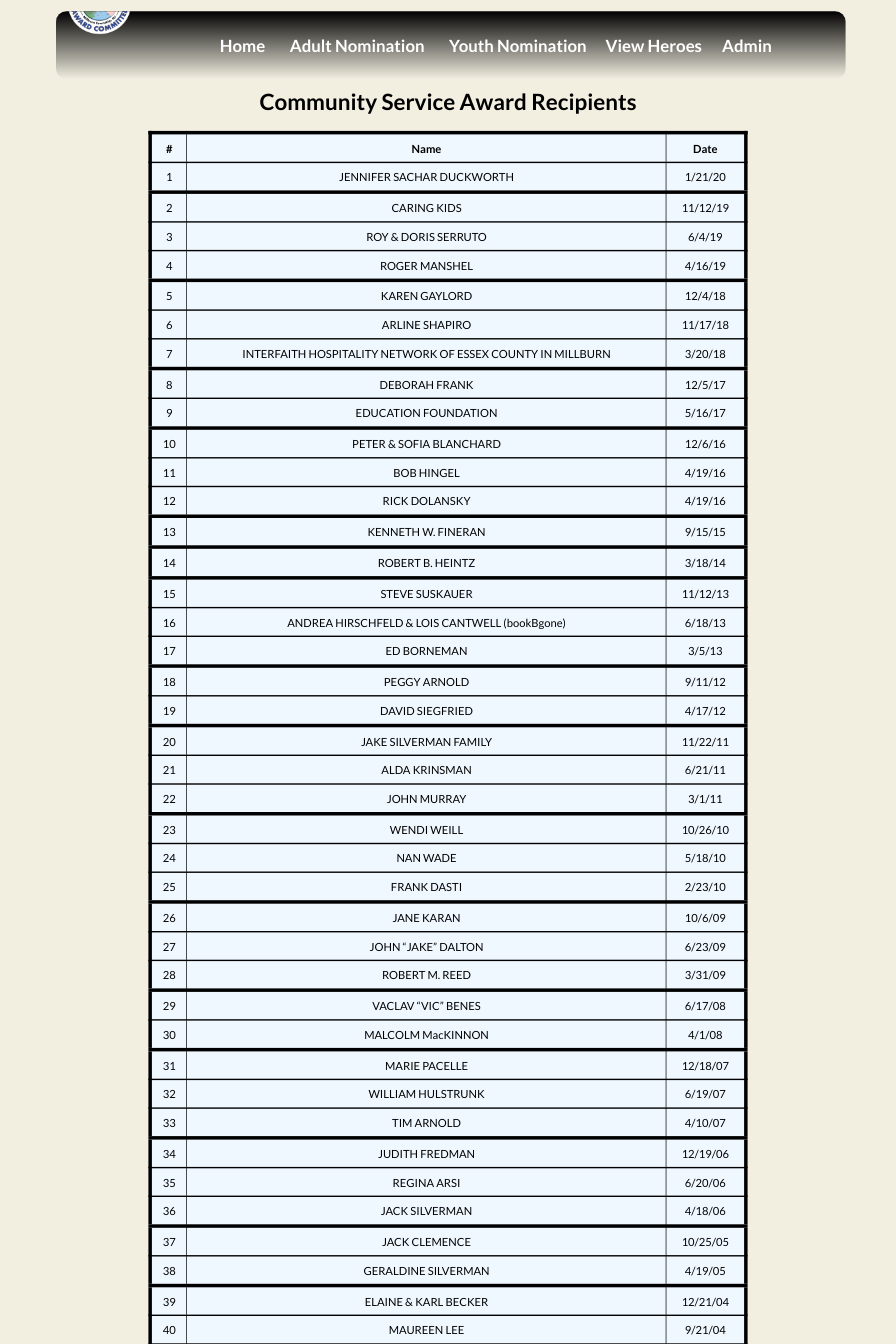
Repository: Centrattic/Young-Heroes-Website
Page: http://localhost/Frontend/before2020.php
These files come from the project's save history. The page is drawn as it stood at one moment and after the next save; the edit follows.
The browser window is 1280 px wide. The pictures show the part of the page from y = 0 to 1920 px (the page is 3810 px tall), at 70% of full size.
The page is run by PHP 8.4 with error messages shown; the project is at /var/www/html/.

Above is the page before, as saved 2020-12-21 14:20:50.

### Eagle Project/Frontend/before2020.php
<?php
require '../Backend/functions.php';
require '../Backend/dbhconnect.php';
?>

<html>
  <head>
    <link href="https://fonts.googleapis.com/css2?family=Lato:ital,wght@0,400;0,700;1,300;1,400&display=swap" rel="stylesheet">
    <link href="../CSS/home.css" rel="stylesheet" type="text/css" />

    <link rel = "stylesheet" href = "../CSS/navbar.css">
  </head>

  <body>

    <?php
        navbar();
    ?>

    <h1> Community Service Award Recipients</h1> <!-- Most recent first!!! -->
    <br>

    <style>
        #before2020-table {
            margin: 0 auto;
            border: 5px solid black;
            border-radius: 0px;
            background-color: aliceblue;
            width: 75%;
        }

        th,td {
            padding: 10px;
        }

        /*td:nth-child(1) {
            border-right: 2px solid black;
            border-radius: 0px;
            padding-bottom: 0px;
            margin-bottom: 0px;
        }*/

        tr {
            border: 2px solid black;
        }

        .last-of-year {
            border-bottom: 5px solid black;
        }

    </style>

    <table id = "before2020-table" rules = "all">
        <tr>
            <th> # </th>
            <th> Name </th>
            <th> Date </th>
        </tr>
        <!-- Most to least recent-->


        <tr class = "last-of-year">
            <td> 1 </td>
            <td> JENNIFER SACHAR DUCKWORTH </td>
            <td> 1/21/20 </td>
        </tr>

		<tr>
            <td> 2 </td>
            <td> CARING KIDS </td>
            <td> 11/12/19 </td>
        </tr>

		<tr>
            <td> 3 </td>
            <td> ROY & DORIS SERRUTO </td>
            <td> 6/4/19 </td>
        </tr>

		<tr class = "last-of-year">
            <td> 4 </td>
            <td> ROGER MANSHEL</td>
            <td> 4/16/19 </td>
        </tr>

		<tr>
            <td> 5 </td>
            <td> KAREN GAYLORD </td>
            <td> 12/4/18 </td>
        </tr>

		<tr>
            <td> 6 </td>
            <td> ARLINE SHAPIRO</td>
            <td> 11/17/18 </td>
        </tr>

		<tr class = "last-of-year">
            <td> 7 </td>
            <td> INTERFAITH HOSPITALITY NETWORK OF ESSEX COUNTY IN MILLBURN </td>
            <td> 3/20/18 </td>
        </tr>

		<tr>
            <td> 8 </td>
            <td> DEBORAH FRANK </td>
            <td> 12/5/17 </td>
        </tr>

		<tr class = "last-of-year">
            <td> 9 </td>
            <td> EDUCATION FOUNDATION </td>
            <td> 5/16/17 </td>
        </tr>
		<tr>
            <td> 10 </td>
            <td> PETER & SOFIA BLANCHARD </td>
            <td> 12/6/16 </td>
        </tr>

		<tr>
            <td> 11 </td>
            <td> BOB HINGEL </td>
            <td> 4/19/16 </td>
        </tr>

		<tr class = "last-of-year">
            <td> 12 </td>
            <td> RICK DOLANSKY </td>
            <td> 4/19/16 </td>
        </tr>

		<tr class = "last-of-year">
            <td> 13 </td>
            <td> KENNETH W. FINERAN </td>
            <td> 9/15/15 </td>
        </tr>

		<tr class = "last-of-year">
            <td> 14 </td>
            <td> ROBERT B. HEINTZ </td>
            <td> 3/18/14 </td>
        </tr>

		<tr>
            <td> 15 </td>
            <td> STEVE SUSKAUER </td>
            <td> 11/12/13 </td>
        </tr>

		<tr>
            <td> 16 </td>
            <td> ANDREA HIRSCHFELD & LOIS CANTWELL (bookBgone) </td>
            <td> 6/18/13 </td>
        </tr>

		<tr class = "last-of-year">
            <td> 17 </td>
            <td> ED BORNEMAN </td>
            <td> 3/5/13 </td>
        </tr>

		<tr>
            <td> 18 </td>
            <td> PEGGY ARNOLD </td>
            <td> 9/11/12 </td>
        </tr>

		<tr class = "last-of-year">
            <td> 19 </td>
            <td> DAVID SIEGFRIED </td>
            <td> 4/17/12 </td>
        </tr>

		<tr>
            <td> 20 </td>
            <td> JAKE SILVERMAN FAMILY </td>
            <td> 11/22/11 </td>
        </tr>

		<tr>
            <td> 21 </td>
            <td> ALDA KRINSMAN </td>
            <td> 6/21/11 </td>
        </tr>

		<tr class = "last-of-year">
            <td> 22 </td>
            <td> JOHN MURRAY </td>
            <td> 3/1/11 </td>
        </tr>

		<tr>
            <td> 23 </td>
            <td> WENDI WEILL </td>
            <td> 10/26/10 </td>
        </tr>

		<tr>
            <td> 24 </td>
            <td> NAN WADE </td>
            <td> 5/18/10 </td>
        </tr>

        <tr class = "last-of-year">
            <td> 25 </td>
            <td> FRANK DASTI </td>
            <td> 2/23/10 </td>
        </tr>

        <tr>
            <td> 26 </td>
            <td> JANE KARAN </td>
            <td> 10/6/09 </td>
        </tr>

        <tr>
            <td> 27 </td>
            <td> JOHN “JAKE” DALTON </td>
            <td> 6/23/09 </td>
        </tr>

        <tr class = "last-of-year">
            <td> 28 </td>
            <td> ROBERT M. REED </td>
            <td> 3/31/09 </td>
        </tr>

        <tr>
            <td> 29 </td>
            <td> VACLAV “VIC” BENES </td>
            <td> 6/17/08 </td>
        </tr>

		<tr class = "last-of-year">
            <td> 30 </td>
            <td> MALCOLM MacKINNON </td>
            <td> 4/1/08 </td>
        </tr>

		<tr>
            <td> 31 </td>
            <td> MARIE PACELLE </td>
            <td> 12/18/07 </td>
        </tr>

		<tr>
            <td> 32 </td>
            <td> WILLIAM HULSTRUNK </td>
            <td> 6/19/07 </td>
        </tr>

		<tr class = "last-of-year">
            <td> 33 </td>
            <td> TIM ARNOLD </td>
            <td> 4/10/07 </td>
        </tr>

		<tr>
            <td> 34 </td>
            <td> JUDITH FREDMAN </td>
            <td> 12/19/06 </td>
        </tr>

		<tr>
            <td> 35 </td>
            <td> REGINA ARSI </td>
            <td> 6/20/06 </td>
        </tr>

		<tr class = "last-of-year">
            <td> 36 </td>
            <td> JACK SILVERMAN </td>
            <td> 4/18/06 </td>
        </tr>

        <tr>
            <td> 37 </td>
            <td> JACK CLEMENCE </td>
            <td> 10/25/05 </td>
        </tr>

        <tr class = "last-of-year">
            <td> 38 </td>
            <td> GERALDINE SILVERMAN </td>
            <td> 4/19/05 </td>
        </tr>

        <tr>
            <td> 39 </td>
            <td> ELAINE & KARL BECKER </td>
            <td> 12/21/04 </td>
        </tr>

		<tr>
            <td> 40 </td>
            <td> MAUREEN LEE </td>
            <td> 9/21/04 </td>
        </tr>

		<tr>
            <td> 41 </td>
            <td> ANNE V. SMITH </td>
            <td> 6/15/04 </td>
        </tr>

		<tr class = "last-of-year">
            <td> 42 </td>
            <td> W. OWEN LAMPE </td>
            <td> 4/8/04 </td>
        </tr>

		<tr>
            <td> 43 </td>
            <td> EVA GOTTSCHO </td>
            <td> 12/2/03 </td>
        </tr>

		<tr class = "last-of-year">
            <td> 44 </td>
            <td> WILLIAM E. JUDES </td>
            <td> 6/10/03 </td>
        </tr>

		<tr>
            <td> 45 </td>
            <td> DELIA WALBRIDGE </td>
            <td> 12/3/02 </td>
        </tr>

		<tr>
            <td> 46 </td>
            <td> SHARON & AVI BRENDER </td>
            <td> 9/10/02 </td>
        </tr>

		<tr class = "last-of-year">
            <td> 47 </td>
            <td> ANGELO Del ROSSI </td>
            <td> 6/11/02 </td>
        </tr>

		<tr>
            <td> 48 </td>
            <td> LOUISE GILI </td>
            <td> 11/20/01 </td>
        </tr>

		<tr>
            <td> 49 </td>
            <td> THOMAS J. EAKLEY </td>
            <td> 8/21/01 </td>
        </tr>

		<tr class = "last-of-year">
            <td> 50 </td>
            <td> SHERMAN T. BREWER, JR. </td>
            <td> 3/20/01 </td>
        </tr>

		<tr>
            <td> 51 </td>
            <td> MARK GUTERMAN </td>
            <td> 12/5/00 </td>
        </tr>

		<tr>
            <td> 52 </td>
            <td> ELEANOR T. McGLAUGHLIN </td>
            <td> 9/19/00 </td>
        </tr>

		<tr>
            <td> 53 </td>
            <td> JOAN DAESCHLER </td>
            <td> 6/13/00 </td>
        </tr>

		<tr class = "last-of-year">
            <td> 54 </td>
            <td> WALTER JEFFREY, JR. </td>
            <td> 4/18/00 </td>
        </tr>

		<tr>
            <td> 55 </td>
            <td> DR. PAUL KEARNEY </td>
            <td> 11/9/99 </td>
        </tr>

		<tr class = "last-of-year">
            <td> 56 </td>
            <td> LEIGH GIFFORD </td>
            <td> 4/13/99 </td>
        </tr>

		<tr>
            <td> 57 </td>
            <td> LYNNE RANIERI </td>
            <td> 12/15/98 </td>
        </tr>

		<tr>
            <td> 58 </td>
            <td> ELAINE BIRNHOLZ </td>
            <td> 10/20/98 </td>
        </tr>

		<tr>
            <td> 59 </td>
            <td> NANCY GOAT </td>
            <td> 6/9/98 </td>
        </tr>

		<tr class = "last-of-year">
            <td> 60 </td>
            <td> JAMES LAURIE </td>
            <td> 3/17/98 </td>
        </tr>

		<tr>
            <td> 61 </td>
            <td> JOAN BORNEMAN </td>
            <td> 12/16/97 </td>
        </tr>

		<tr>
            <td> 62 </td>
            <td> PHYLLIS KINGSBURY </td>
            <td> 10/7/97 </td>
        </tr>

		<tr>
            <td> 63 </td>
            <td> LINDSEY REBECCA HUSTON </td>
            <td> 6/24/97 </td>
        </tr>

		<tr class = "last-of-year">
            <td> 64 </td>
            <td> ALFRED H. CONNELLEE </td>
            <td> 4/19/97 </td>
        </tr>

		<tr>
            <td> 65 </td>
            <td> HARRIET LOWENGRUB </td>
            <td> 12/3/96 </td>
        </tr>

		<tr>
            <td> 66 </td>
            <td> JOHN S. WARE </td>
            <td> 6/25/96 </td>
        </tr>

        <tr class = "last-of-year">
            <td> 67 </td>
            <td> SUSANNAH J. LIKINS </td>
            <td> 3/19/96 </td>
        </tr>

        <tr>
            <td> 68 </td>
            <td> IRIS STOLOFF </td>
            <td> 12/5/95 </td>
        </tr>

        <tr>
            <td> 69 </td>
            <td> DOUGLAS REED </td>
            <td> 9/5/95 </td>
        </tr>

		<tr>
            <td> 70 </td>
            <td> CHARLES T. & DOROTHY KING </td>
            <td> 6/27/95 </td>
        </tr>

		<tr class = "last-of-year">
            <td> 71 </td>
            <td> ROBERT E. MARSHALL </td>
            <td> 3/21/95 </td>
        </tr>

        <tr>
            <td> 72 </td>
            <td> LOUIS J. KURTZ </td>
            <td> 2/6/94 </td>
        </tr>

		<tr>
            <td> 73 </td>
            <td> LEZETTE PROUD </td>
            <td> 9/13/94 </td>
        </tr>

		<tr class = "last-of-year">
            <td> 74 </td>
            <td> LAUREN HUSTON </td>
            <td> 6/14/94 </td>
        </tr>

		<tr>
            <td> 75 </td>
            <td> DONALD L. CAMPBELL </td>
            <td> 7/6/93 </td>
        </tr>

		<tr class = "last-of-year">
            <td> 76 </td>
            <td> MAUREEN S. SILVER </td>
            <td> 4/27/93 </td>
        </tr>

        <tr>
            <td> 77 </td>
            <td> STEPHEN LEIT </td>
            <td> 6/16/92 </td>
        </tr>

        <tr>
            <td> 78 </td>
            <td> MURIEL SCHWARTZSTEIN </td>
            <td> 5/5/92 </td>
        </tr>

        <tr class = "last-of-year">
            <td> 79 </td>
            <td> EVELYN ORTNER </td>
            <td> 3/3/92 </td>
        </tr>

        <tr>
            <td> 80 </td>
            <td> LINDA McDONOUGH </td>
            <td> 12/17/91 </td>
        </tr>

        <tr>
            <td> 81 </td>
            <td> ALFRED T. PEDECINE </td>
            <td> 9/3/91 </td>
        </tr>

        <tr>
            <td> 82 </td>
            <td> EDITH CONNELLEE </td>
            <td> 8/16/91 </td>
        </tr>

        <tr>
            <td> 83 </td>
            <td> LORI FRIEDMAN </td>
            <td> 6/11/91 </td>
        </tr>

        <tr>
            <td> 84 </td>
            <td> WILLIAM CONROE </td>
            <td> 5/21/91 </td>
        </tr>

        <tr>
            <td> 87 </td>
            <td> ELIZABETH NAUGHTON </td>
            <td> 5/5/91 </td>
        </tr>

    </table>



</body>
</html>

### Eagle Project/Backend/dbhconnect.php
<?php
  $servername = "localhost";
  $dbUsername = "root";
  $dbPassword = "";
  $dbName = "young_heroes";

  //connecting to database
  $connection = new mysqli($servername, $dbUsername, $dbPassword, $dbName);

  //error message if connection fails
  if(!$connection){
    die("Connection failed: ".mysqli_connect_error());
  }
?>

### Eagle Project/CSS/home.css
* {
    text-align: center;
    padding: 2px;
    margin: 2px;
    font-family: 'Lato', sans-serif;
    border-radius: 15px;

}

body {
    background-color: #F2EFE1;

}

#homepicgrid {
    display: grid;
    width: auto;
    height: 30%;

    grid-template-columns: auto auto auto auto;
    grid-template-rows: auto;
}

#homepicgrid img {
    height: 100%;
    object-fit: cover;
    width: 100%;
}


#homepagetitle {
    font-size: 2em;
    width: auto;
    background-color: white;
    padding: 10px;
    margin: 5px;
}



#hometextgrid {
    display: grid;
    width: auto;
    margin: 0 auto;
    grid-template-columns: auto auto auto;
    grid-template-rows: auto auto;
}

#hometextgrid div {
    background-color: #E2DECC;
    padding: 20px;
}


#CSAChistory {
    background-color: #E2DECC;
    padding: 20px;
    padding-top: 0;
    margin: 10px 0;
}
#impact {
    background-color: white;
    width: 35%;
    margin: 2% auto;
    border: 10px solid transparent;
    border-image: url("../Images/borderhome.jpg") 30 round !important;
}

#impact h3 {
    margin: 15%;
}


#getinvolved {
    background-image: url("../Images/millburnblossoms.jpg");
    height: 60%;
    display: flex;
    align-items: center;
    justify-content: center;
}

#nominateahero {
    width: 70%;
    padding: 0 20px;
    background-color:  #F2EFE1;
}

#getinvolved p {
    margin: 10px;
}

button {
    font-size: 1em;
}

### Eagle Project/CSS/navbar.css
* {
    text-align: center;
    font-family: 'Lato', sans-serif;
}

body {
    background-color: #F2EFE1;
}


.menu-area li{
    display: inline;
    color: white;
    font-weight: bold;
    font-size: 1.5em;
    padding-bottom: 10px;
}

.menu-area .non-dropdown a{
    display: inline-block;
    padding: 30px 10px;
    color: white;
    box-sizing: border-box;

}

.menu-area a {
    text-decoration: none;
    color: white;
}

.menu-area .nav-dropdown .dropdown-content li a{
    display: inline-block;
    text-align: center;
    padding: 14px 16px;
    text-decoration: none;
}

.menu-area {
    width: 100%;
    background-image: linear-gradient(black, #F2EFE1);
    overflow: hidden;
    border-radius: 15px;
}

.menu-area .non-dropdown:hover{
    border-radius: 0px;
    border-bottom: 10px solid aliceblue;
}

.menu-area li a {
    box-sizing: border-box;
}

.nav-dropbtn {
    text-decoration: none;
    color: white;
}

/*FIX THIS LATER*/


#logout {
    all: unset;
}

body {
    margin: 0 5%;
}

/* ------------------*/



li.nav-dropdown {
    display: inline-block;
}

.dropdown-content {
    display: none;
    position: absolute;
    background-color: #f9f9f9;
    min-width: 150px;
    box-shadow: 0px 8px 16px 0px rgba(0,0,0,0.2);
    z-index: 1;

}

.dropdown-content a {
    color: black;
    padding: 12px 16px;
    text-decoration: none;
    display: block;
    font-size: .9em;
    text-align: left;
}


.dropdown-content a:hover {
    background-color: #f1f1f1;
}


.nav-dropdown:hover .dropdown-content {
    display: block;
    border-radius: 0px;
}


/* Footer*/



.site-footer {
    background-color: #E2DECC;
      text-align: center;
      margin: 10px 0;
      padding: 10px 0;
  }

  #social-wrapper {
      text-align: center;
  }

  /*Social Media Icons*/
  .social-wrapper {
      text-align: center;
  }

  .social-wrapper ul li {
      display: inline;
      margin: 0 5px;
  }

  .twitter-icon,
  .facebook-icon,
  .instagram-icon,
  .linkedin-icon,
  .googleplus-icon,
  .youtube-icon,
  .foursquare-icon{
      margin-top: .625em;
      width: 40px;
      height: 40px;
      opacity: .6;
      filter: alpha(opacity=60); /* For IE8 and earlier */
    border-radius: 25px;
  }

  .twitter-icon:hover,
  .facebook-icon:hover,
  .instagram-icon:hover,
  .linkedin-icon:hover,
  .googleplus-icon:hover,
  .youtube-icon:hover,
  .foursquare-icon:hover {
      opacity: 1.0;
      filter: alpha(opacity=100); /* For IE8 and earlier */
  }

  .footer-nav p {
      text-align: center;
  }

Loaded but not shown: Eagle Project/Backend/functions.php (1101 lines, source omitted)

After the next save:
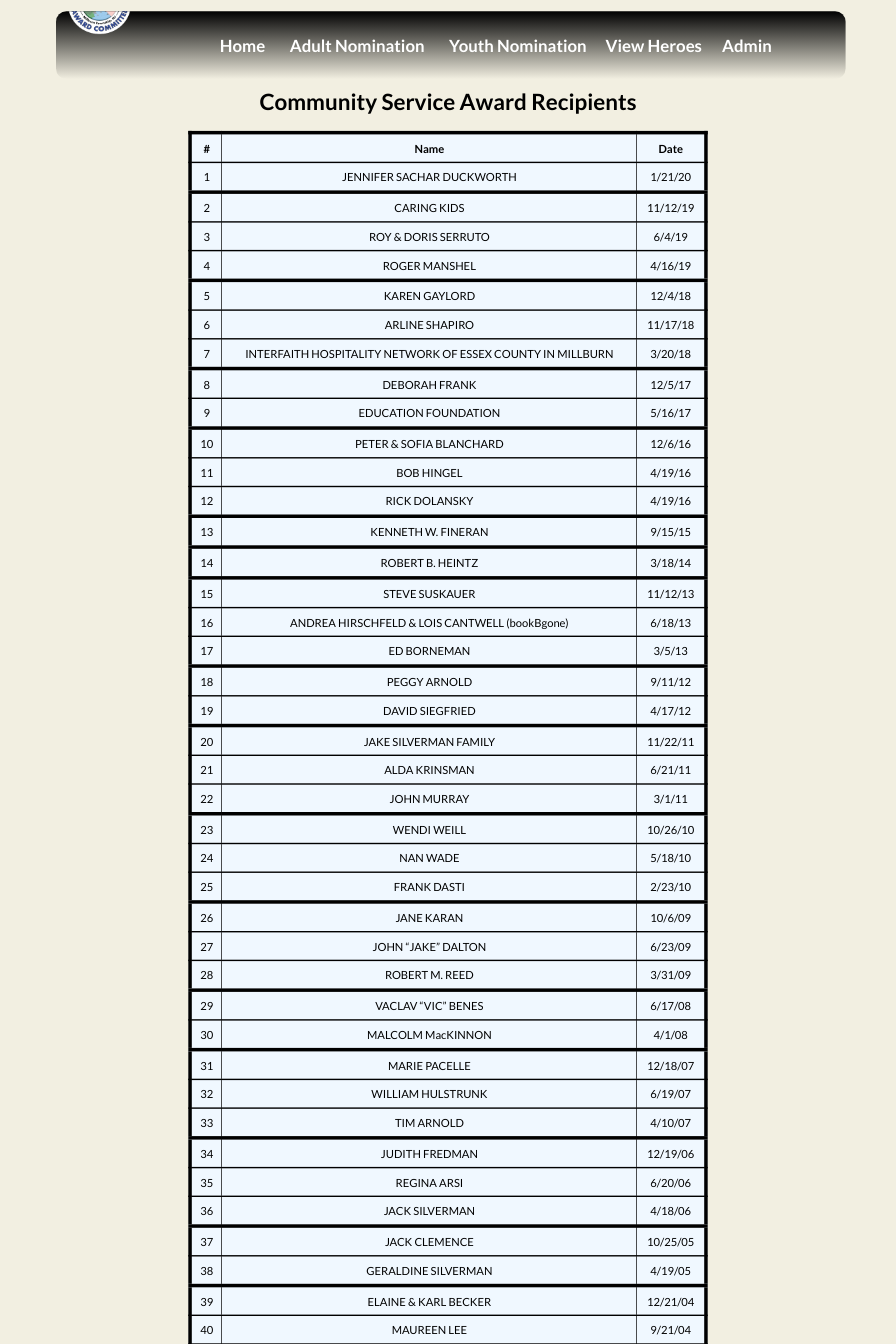
Saved 12 s later.
--- a/Eagle Project/Frontend/before2020.php
+++ b/Eagle Project/Frontend/before2020.php
@@ -26,7 +26,7 @@ require '../Backend/dbhconnect.php';
             border: 5px solid black;
             border-radius: 0px;
             background-color: aliceblue;
-            width: 75%;
+            width: 65%;
         }
 
         th,td {
